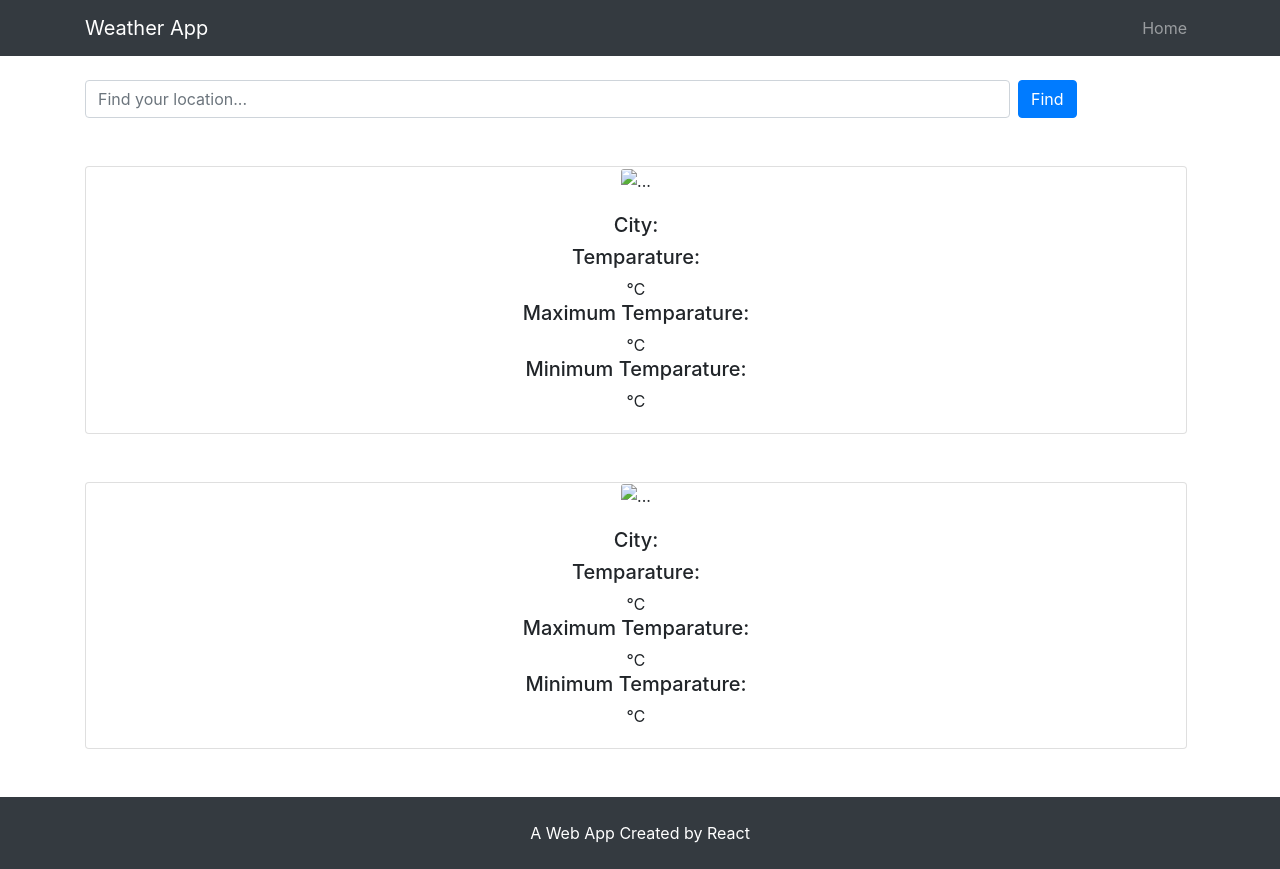
Repository: smk87/weather-app-react
Page: /
These files come from the project's save history. The page is drawn as it stood at one moment and after the next save; the edit follows.
The browser window is 1280 px wide. The pictures show the whole page.
The page's requests for data from a server got no answer. Some web libraries are served in a nearby version. The project was rebuilt for these pictures with package versions that can differ from the ones it lists, and the page was loaded fresh each time. A package was used in the major version that the imports need, not the one package.json lists. No one was signed in, and anything a server would have sent is missing.

Above is the page before, as saved 2019-02-06 18:11:48.

### public/index.html
<!DOCTYPE html>
<html lang="en">
  <head>
    <meta charset="utf-8" />
    <link rel="shortcut icon" href="%PUBLIC_URL%/favicon.ico" />
    <meta
      name="viewport"
      content="width=device-width, initial-scale=1, shrink-to-fit=no"
    />
    <meta name="theme-color" content="#000000" />
    <!--
      manifest.json provides metadata used when your web app is added to the
      homescreen on Android. See https://developers.google.com/web/fundamentals/web-app-manifest/
    -->
    <link rel="manifest" href="%PUBLIC_URL%/manifest.json" />
    <link
      rel="stylesheet"
      href="https://stackpath.bootstrapcdn.com/bootstrap/4.2.1/css/bootstrap.min.css"
      integrity="sha384-GJzZqFGwb1QTTN6wy59ffF1BuGJpLSa9DkKMp0DgiMDm4iYMj70gZWKYbI706tWS"
      crossorigin="anonymous"
    />
    <script
      defer
      src="https://use.fontawesome.com/releases/v5.6.3/js/all.js"
      integrity="sha384-EIHISlAOj4zgYieurP0SdoiBYfGJKkgWedPHH4jCzpCXLmzVsw1ouK59MuUtP4a1"
      crossorigin="anonymous"
    ></script>
    <!--
      Notice the use of %PUBLIC_URL% in the tags above.
      It will be replaced with the URL of the `public` folder during the build.
      Only files inside the `public` folder can be referenced from the HTML.

      Unlike "/favicon.ico" or "favicon.ico", "%PUBLIC_URL%/favicon.ico" will
      work correctly both with client-side routing and a non-root public URL.
      Learn how to configure a non-root public URL by running `npm run build`.
    -->
    <title>React App</title>
  </head>
  <body>
    <noscript>You need to enable JavaScript to run this app.</noscript>
    <div id="root"></div>
    <!--
      This HTML file is a template.
      If you open it directly in the browser, you will see an empty page.

      You can add webfonts, meta tags, or analytics to this file.
      The build step will place the bundled scripts into the <body> tag.

      To begin the development, run `npm start` or `yarn start`.
      To create a production bundle, use `npm run build` or `yarn build`.
    -->

    <script
      src="https://code.jquery.com/jquery-3.3.1.slim.min.js"
      integrity="sha384-q8i/X+965DzO0rT7abK41JStQIAqVgRVzpbzo5smXKp4YfRvH+8abtTE1Pi6jizo"
      crossorigin="anonymous"
    ></script>
    <script
      src="https://cdnjs.cloudflare.com/ajax/libs/popper.js/1.14.6/umd/popper.min.js"
      integrity="sha384-wHAiFfRlMFy6i5SRaxvfOCifBUQy1xHdJ/yoi7FRNXMRBu5WHdZYu1hA6ZOblgut"
      crossorigin="anonymous"
    ></script>
    <script
      src="https://stackpath.bootstrapcdn.com/bootstrap/4.2.1/js/bootstrap.min.js"
      integrity="sha384-B0UglyR+jN6CkvvICOB2joaf5I4l3gm9GU6Hc1og6Ls7i6U/mkkaduKaBhlAXv9k"
      crossorigin="anonymous"
    ></script>
  </body>
</html>

### src/App.js
import React, { Component } from "react";
import { BrowserRouter as Router, Route, Switch } from "react-router-dom";
import logo from "./logo.svg";
import "./App.css";

//Import Layout Components
import NavBar from "./components/NavBar";
import Footer from "./components/Footer";
import Home from "./components/Home";

class App extends Component {
  render() {
    return (
      <Router>
        <div className="App">
          <NavBar />
          <Route exact path="/" component={Home} />
          <Footer />
        </div>
      </Router>
    );
  }
}

export default App;

### src/components/NavBar.js
import React, { Component } from "react";
import { Link } from "react-router-dom";

export default class NavBar extends Component {
  render() {
    return (
      <div>
        <nav className="navbar navbar-expand-sm navbar-dark bg-dark mb-4">
          <div className="container">
            <Link className="navbar-brand" to="/">
              Weather App
            </Link>
            <button
              className="navbar-toggler"
              type="button"
              data-toggle="collapse"
              data-target="#mobile-nav"
            >
              <span className="navbar-toggler-icon" />
            </button>

            <div className="collapse navbar-collapse" id="mobile-nav">
              <ul className="navbar-nav mr-auto" />
              <ul className="navbar-nav ml-auto">
                <li className="nav-item">
                  <Link className="nav-link" to="/">
                    Home
                  </Link>
                </li>
              </ul>
            </div>
          </div>
        </nav>
      </div>
    );
  }
}

### src/components/Footer.js
import React from "react";

export default function Footer() {
  return (
    <footer className="bg-dark text-white mt-5 p-4 text-center">
      A Web App Created by React
    </footer>
  );
}

### src/components/Home.js
import React, { Component } from "react";
import { Link } from "react-router-dom";
import Weather from "./Weather";

export default class Home extends Component {
  constructor() {
    super();

    this.state = {
      search: ""
    };
  }
  onChange = e => {
    this.setState({
      [e.target.name]: e.target.value
    });
  };
  onSubmit = e => {
    e.preventDefault();
    console.log(this.state);
  };

  render() {
    return (
      <div>
        <div className="container">
          <form onSubmit={this.onSubmit} action="#" className="form-inline">
            <input
              type="text"
              name="search"
              className="form-control col-md-10"
              placeholder="Find your location..."
              value={this.state.search}
              onChange={this.onChange}
            />
            <input
              type="submit"
              className="ml-2 btn btn-primary"
              value="Find"
            />
          </form>
          <Weather id="2344116" />
          <Weather id="2344116" />
        </div>
      </div>
    );
  }
}

### src/components/Weather.js
import React, { Component } from "react";
import axios from "axios";

export default class Weather extends Component {
  constructor() {
    super();

    this.state = {
      cityname: "",
      id: "",
      temp: "",
      maxtemp: "",
      mintemp: "",
      logo: ""
    };
  }

  componentWillMount() {
    this.setState({ id: this.props.id });

    const url = `weather/weather.php?command=location&woeid=${this.props.id}`;
    // console.log(url);
    axios
      .get(url) //Used proxy to connect with local wamp server
      .then(res => {
        console.log(res.data);

        switch (res.data.consolidated_weather[0].weather_state_name) {
          case "Snow":
            this.setState({
              logo: "https://www.metaweather.com/static/img/weather/sn.svg"
            });
            break;
          case "Sleet":
            this.setState({
              logo: "https://www.metaweather.com/static/img/weather/sl.svg"
            });
            break;
          case "Hail":
            this.setState({
              logo: "https://www.metaweather.com/static/img/weather/h.svg"
            });
            break;
          case "Thunderstorm":
            this.setState({
              logo: "https://www.metaweather.com/static/img/weather/t.svg"
            });
            break;
          case "Heavy Rain":
            this.setState({
              logo: "https://www.metaweather.com/static/img/weather/hr.svg"
            });
            break;
          case "Light Rain":
            this.setState({
              logo: `https://www.metaweather.com/static/img/weather/lr.svg`
            });
            break;
          case "Showers":
            this.setState({
              logo: "https://www.metaweather.com/static/img/weather/s.svg"
            });
            break;
          case "Heavy Cloud":
            this.setState({
              logo: "https://www.metaweather.com/static/img/weather/hc.svg"
            });
            break;
          case "Light Cloud":
            this.setState({
              logo: "https://www.metaweather.com/static/img/weather/lc.svg"
            });
            break;
          case "Clear":
            this.setState({
              logo: "https://www.metaweather.com/static/img/weather/c.svg"
            });
            break;
        }
        this.setState({
          cityname: res.data.title,
          temp: res.data.consolidated_weather[0].the_temp.toPrecision(3),
          maxtemp: res.data.consolidated_weather[0].max_temp.toPrecision(3),
          mintemp: res.data.consolidated_weather[0].min_temp.toPrecision(3)
        });
      })
      .catch(err => console.log(err));
  }

  render() {
    return (
      <div className="mt-5 mr-2 card">
        <div>
          <img src={this.state.logo} className="card-img-top" alt="..." />
        </div>
        <div className="card-body">
          <div className="card-text">
            <h5>City: </h5> {this.state.cityname}
          </div>
          <div className="card-text">
            <h5>Temparature: </h5> {this.state.temp}
            <span>&#8451;</span>
          </div>
          <div className="card-text">
            {" "}
            <h5>Maximum Temparature: </h5> {this.state.maxtemp}
            <span>&#8451;</span>
          </div>
          <div className="card-text">
            {" "}
            <h5>Minimum Temparature: </h5>
            {this.state.mintemp}
            <span>&#8451;</span>
          </div>
        </div>
      </div>
    );
  }
}

Loaded but not shown: src/index.js (common file); src/index.css (common file); src/serviceWorker.js (common file); src/App.css (common file)

After the next save:
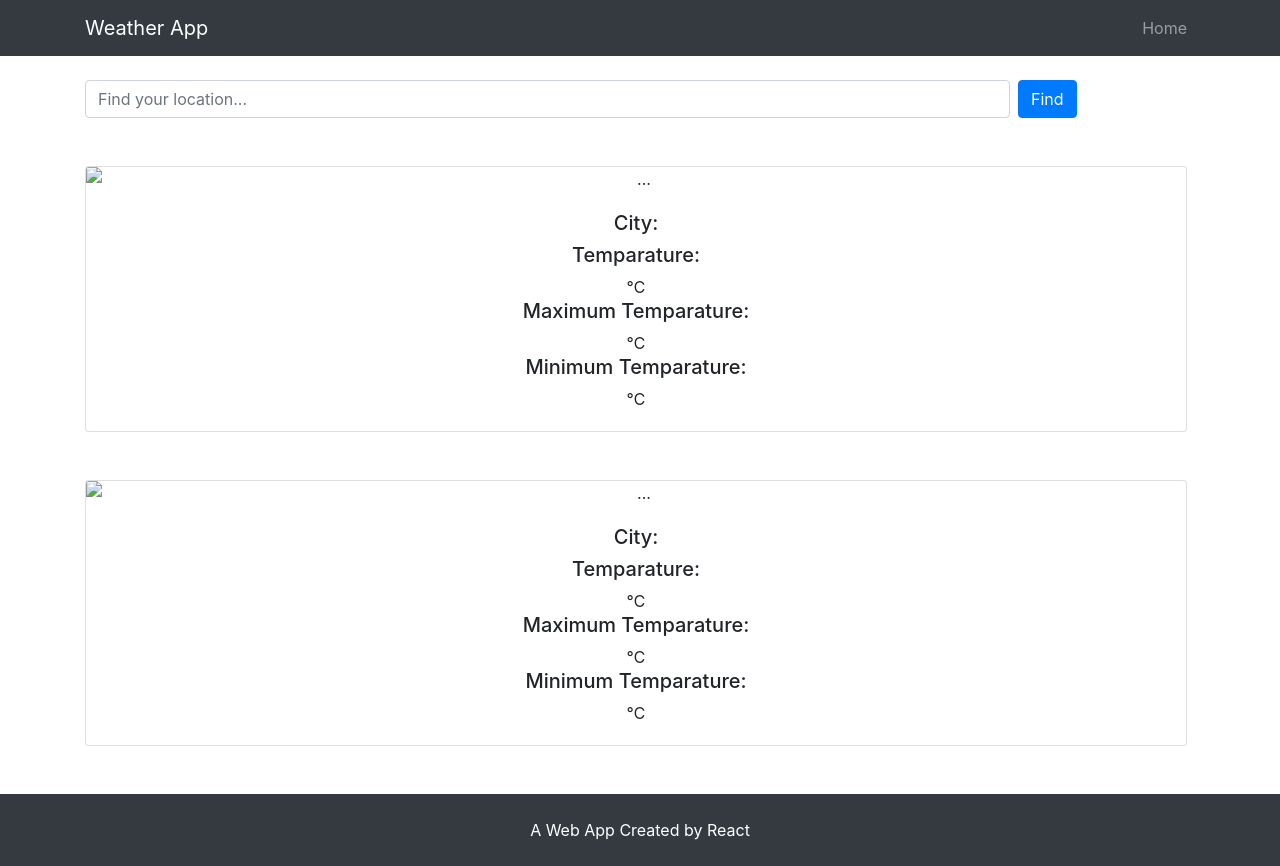
Saved 38 s later.
--- a/src/components/Weather.js
+++ b/src/components/Weather.js
@@ -90,9 +90,8 @@ export default class Weather extends Component {
   render() {
     return (
       <div className="mt-5 mr-2 card">
-        <div>
-          <img src={this.state.logo} className="card-img-top" alt="..." />
-        </div>
+        <img src={this.state.logo} className="card-img-top" alt="..." />
+
         <div className="card-body">
           <div className="card-text">
             <h5>City: </h5> {this.state.cityname}
